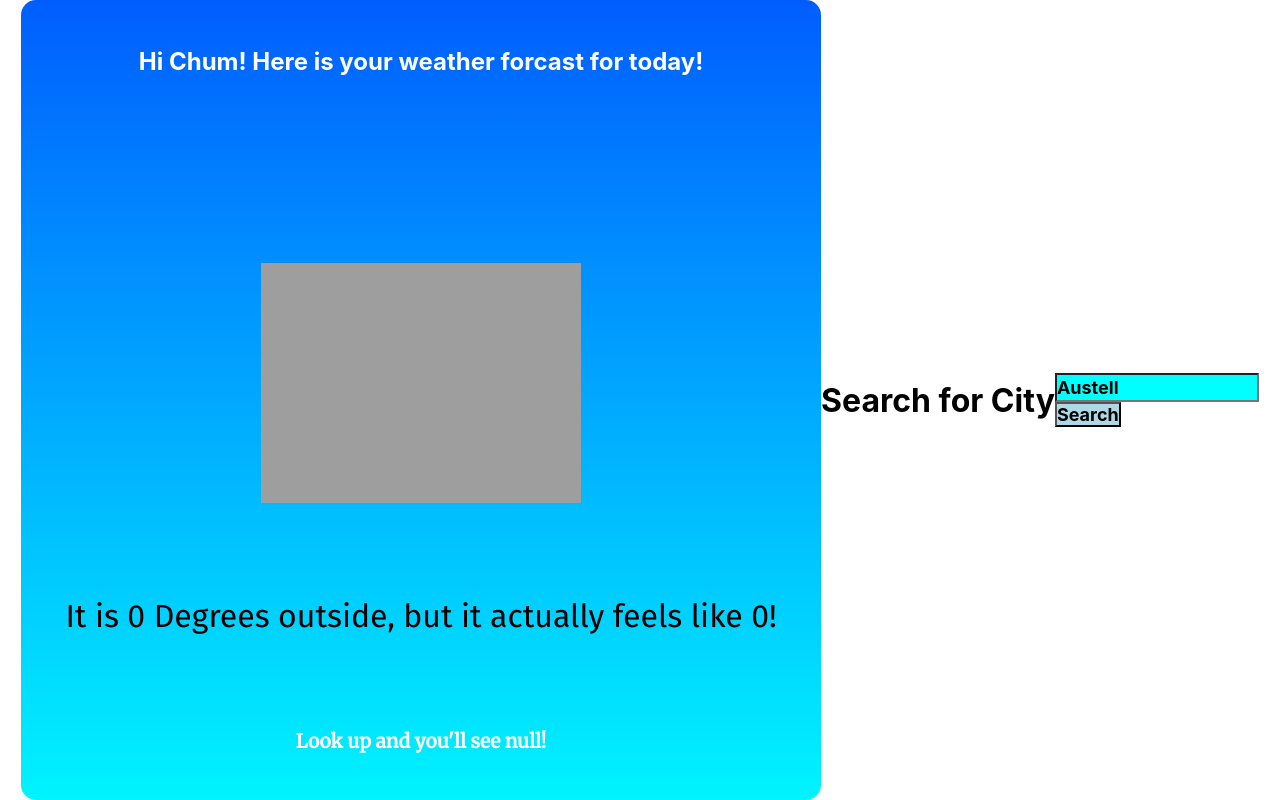
Repository: sayrilamar/chumsweatherapp
Page: /
These files come from the project's save history. The page is drawn as it stood at one moment and after the next save; the edit follows.
The browser window is 1280 px wide. The pictures show the whole page.
Pictures or frames that could not be fetched are drawn as grey boxes. The page's requests for data from a server got no answer. The project was rebuilt for these pictures with package versions that can differ from the ones it lists, and the page was loaded fresh each time. No one was signed in, and anything a server would have sent is missing.

Above is the page before, as saved 2020-04-19 08:43:17.

### src/index.css
* {
  margin: 0;
  padding: 0;
  font-family: -apple-system, BlinkMacSystemFont, 'Segoe UI', 'Roboto', 'Oxygen',
    'Ubuntu', 'Cantarell', 'Fira Sans', 'Droid Sans', 'Helvetica Neue',
    sans-serif;
  -webkit-font-smoothing: antialiased;
  -moz-osx-font-smoothing: grayscale;
}

### src/App.js
import React, {useState, useEffect} from "react";
import "./App.css";
import WeatherCard from "./components/WeatherCard/component.js";

function App() {
  const [query,
    setQuery] = useState("Austell");
  const [weather,
    setWeather] = useState({
    temp: null,
    city: null,
    condition: null,
    country: null,
    description: null,
    feels_like: null
  });

  const data = async q => {
    const apiRes = await fetch(`http://api.openweathermap.org/data/2.5/weather?q=${q}&units=imperial&APPID=ab0ef440364092f54ff821ca2b803163`);
    const resJSON = await apiRes.json();
    return resJSON;
  };

  const handleSearch = e => {
    data(query).then(res => console.log(res));
    e.preventDefault();
    data(query).then(res => {
      setWeather({
        temp: res.main.temp,
        city: res.name,
        condition: res.weather[0].main,
        country: res.sys.country,
        description: res.weather[0].description,
        feels_like: res.main.feels_like
      });
    });
  };

  // runs once the dom is loaded for the first time only, because there is no
  // variable being watched in the dependency array
  useEffect(() => {
    data(query).then(res => {
      setWeather({
        temp: res.main.temp,
        city: res.name,
        condition: res.weather[0].main,
        country: res.sys.country,
        description: res.weather[0].description,
        feels_like: res.main.feels_like
      });
    });
  }, []);

  return (
    <div className="App">
      <div>
        <WeatherCard
          temp={Math.round(weather.temp)}
          condition={weather.condition}
          city={weather.city}
          state={weather.country}
          description={weather.description}
          feels_like={Math.round(weather.feels_like)}/>
      </div>
      <h1>Search for City</h1>
      <form>
        <div>
          <input
            className="input"
            value={query}
            onChange={e => setQuery(e.target.value)}/>
        </div>
        <div>
          <button className="button" onClick={e => handleSearch(e)}>
            Search
          </button>
        </div>
      </form>
    </div>
  );
}

export default App;

### src/App.css
@import url("https://fonts.googleapis.com/css?family=Merriweather|Fira+Sans&display=swap");

.App {
  margin: 0 auto;
  color: white;
  display: flex;
  justify-content: center;
  align-items: center;
}

h1 {
  color: black;
}

.input {
  background-color: aqua;
  font-weight: bold;
  height: 25px;
  width: 200px;
  font-size: large;
}

.button {
  height: fit-content;
  font-size: large;
  font-weight: bold;
  background-color: lightblue
}

### src/components/WeatherCard/component.js
import React from "react";
import styled from "@emotion/styled";
import Location from "./Location";
import Icon from "./Icon";
import Condition from "./Condition";

const WeatherCard = ({
    temp,
    condition,
    city,
    state,
    description,
    feels_like
}) => {
    let highColor = 0;
    let lowColor = 0;
    let bg = null;

    if (temp > 53.6) {
        highColor = (1 - (temp - 53.6) / 50.4) * 255;
        lowColor = highColor - 150;
        bg = `linear-gradient(
            to top,
            rgb(255, ${highColor}, 0),
            rgb(255, ${lowColor}, 0)
          )`;
    } else if (temp <= 53.6) {
        highColor = (1 - (temp + 4) / 89) * 255;
        lowColor = highColor - 150;
        bg = `linear-gradient(
            to top,
            rgb(0, ${highColor}, 255),
            rgb(0, ${lowColor}, 255)
          )`;
    }

    const Card = styled.div `
    margin: 0 auto;
    background: ${bg};
    width: 800px;
    height: 800px;
    display: flex;
    flex-direction: column;
    justify-content: space-around;
    align-items: center;
    border-radius: 15px;
  `;

    return (
        <Card>
            <h2>Hi Chum! Here is your weather forcast for today!</h2>
            <Location city={city} state={state}/>
            <Icon condition={condition}/>
            <Condition
                temp={temp}
                condition={condition}
                description={description}
                feels_like={feels_like}/>
        </Card>
    );
};

export default WeatherCard;

### src/components/WeatherCard/Location.js
import React from "react";
import styled from "@emotion/styled";

const Location = ({city, state}) => {
  const Container = styled.div `
    text-align: center;
  `;

  const City = styled.h1 `
    font-family: "Merriweather", sans-serif;
    font-size: 1.6rem;
  `;

  const Country = styled.h3 `
    font-family: "Fira Sans", sans-serif;
    font-size: 1.1rem;
  `;

  return (
    <Container>
      <City>{city}</City>
      <Country>{state}</Country>
    </Container>
  );
};

export default Location;

### src/components/WeatherCard/Icon.js
import React from "react";
import styled from "@emotion/styled";

// https://openweathermap.org/weather-conditions
const Icon = ({condition}) => {
  let icon;
  switch (condition) {
    case "Clouds":
      icon = `02d@2x`;
      break;
    case "Clear":
      icon = `01d@2x`;
      break;
    case "Haze":
      icon = `50d@2x`;
      break;
    case "Fog":
      icon = `50d@2x`;
      break;
    case "Tornado":
      icon = `50d@2x`;
      break;
    case "Dust":
      icon = `50d@2x`;
      break;
    case "Mist":
      icon = `50d@2x`;
      break;
    case "Snow":
      icon = `13d@2x`;
      break;
    case "Rain":
      icon = `10d@2x`;
      break;
    case "Drizzle":
      icon = `11d@2x`;
      break;
    case "Thunderstorm":
      icon = `11d@2x`;
      break;
    default:
      icon = ``;
      break;
  }

  const Icon = styled.img `
    width: 40%;
  `;

  return (<Icon src={`http://openweathermap.org/img/wn/${icon}.png`} alt="Weather Icon"/>);
};

export default Icon;

### src/components/WeatherCard/Condition.js
import React, {Fragment} from "react";
import styled from "@emotion/styled";

const Condition = ({temp, condition, description, feels_like}) => {
  const Temp = styled.h1 `
    font-family: "Fira Sans", sans-serif;
    font-size: 2rem;
    font-weight: 200;
  `;

  const State = styled.h3 `
    font-family: "Merriweather", sans-serif;
    font-size: 1.2rem;
  `;

  return (
    <Fragment>
      <Temp>
        It is {temp + " "}
        Degrees outside, but it actually feels like {feels_like}!
      </Temp>
      <State>{"Look up and you'll see " + description + "!"}</State>
    </Fragment>
  );
};

export default Condition;

Loaded but not shown: public/index.html (common file); src/index.js (common file); src/serviceWorker.js (common file)

After the next save:
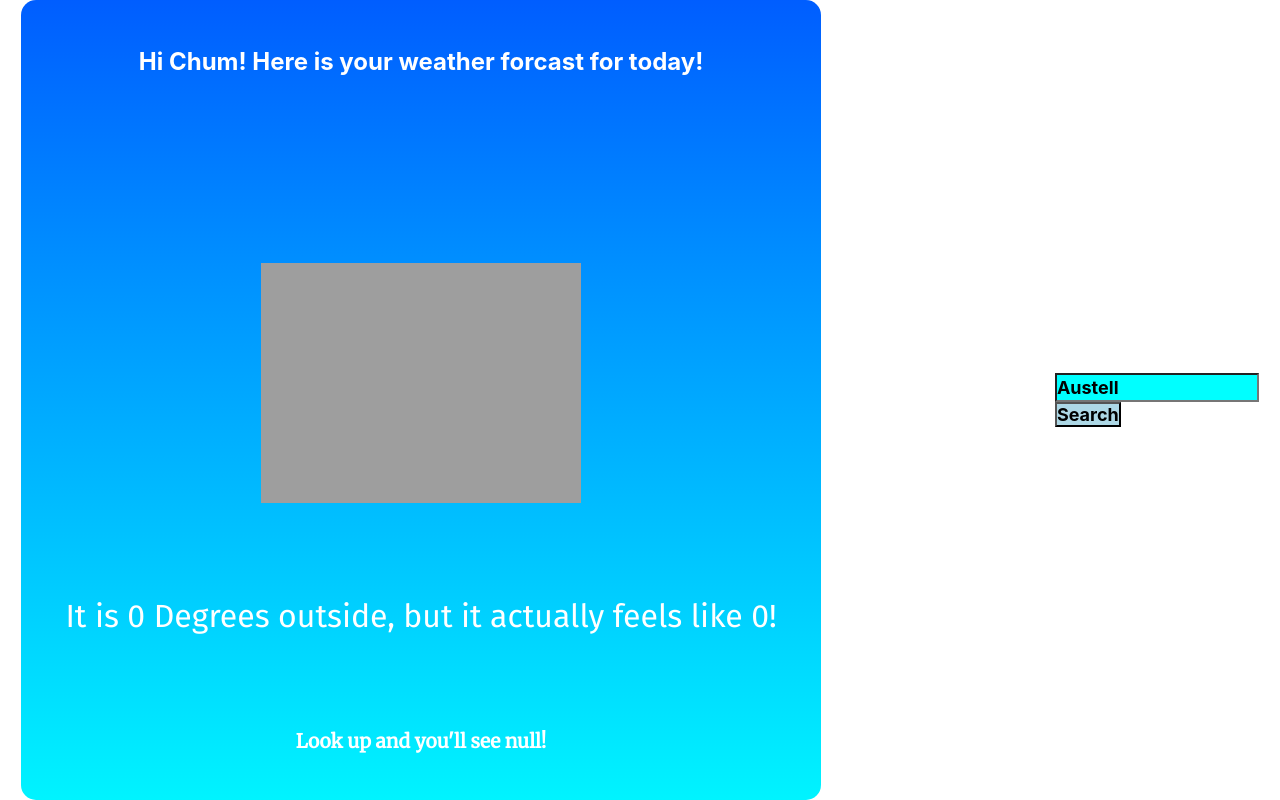
Saved 8 min 2 s later.
--- a/src/App.css
+++ b/src/App.css
@@ -9,7 +9,7 @@
 }
 
 h1 {
-  color: black;
+  font-weight: bold;
 }
 
 .input {
